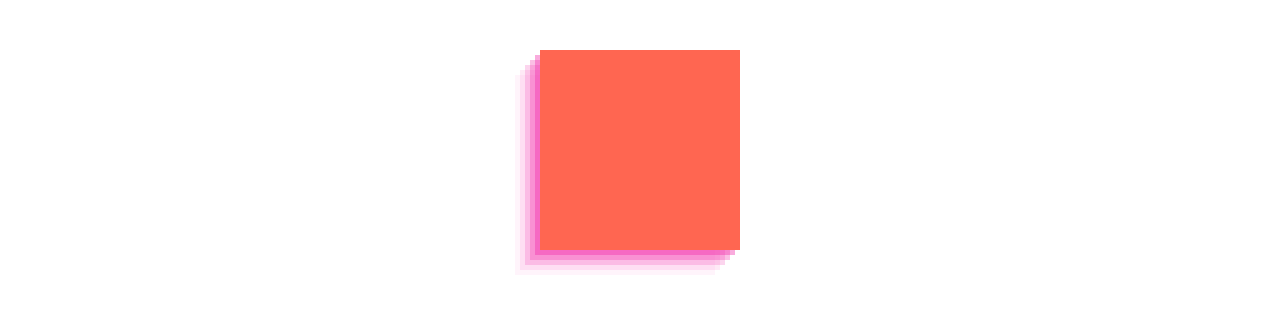
Repository: DQNam2202/HTML_CSS_Basic
Page: Chuong-03/index.html
The author's editor kept a copy of each file at every save. The page is drawn from the files as they stood at one save, then again after the next save.
The browser window is 1280 px wide. The pictures show the whole page.

Above is the page before, as saved 2021-09-03 19:15:13.

### Chuong-03/index.html
<!DOCTYPE html>
<html lang="en">
  <head>
    <meta charset="UTF-8" />
    <meta http-equiv="X-UA-Compatible" content="IE=edge" />
    <meta name="viewport" content="width=device-width, initial-scale=1.0" />
    <title>CSS-Part2</title>
    <script
      type="module"
      src="https://unpkg.com/ionicons@5.5.2/dist/ionicons/ionicons.esm.js"
    ></script>
    <script
      nomodule
      src="https://unpkg.com/ionicons@5.5.2/dist/ionicons/ionicons.js"
    ></script>
    <link
      href="https://fonts.googleapis.com/css2?family=Poppins:wght@300;400;500;600;700&display=swap"
      rel="stylesheet"
    />
    <link rel="stylesheet" href="./reset.css" />
    <link rel="stylesheet" href="./style.css" />
  </head>
  <body>
    <!-- <img src="https://source.unsplash.com/random" alt="" class="images" /> -->
    <!-- <div class="box-gradient"></div> -->
    <!-- <div class="background"></div> -->
    <!-- <div class="box"></div> -->
    <!-- <div class="title">Dương Quốc Nam</div> -->
    <div class="box-shadow"></div>
  </body>
</html>

### Chuong-03/style.css
html {
  box-sizing: border-box;
  font-size: 62.5%
}

* {
  margin: 0;
  padding: 0;
}

*,
*:before,
*:after {
  box-sizing: border-box;
}

input,
textarea,
select,
button {
  outline: none;
}

input {
  line-height: normal;
}

label,
button {
  cursor: pointer;
}

a {
  text-decoration: none;
}

img {
  display: block;
  max-width: 100%;
}

/* .images {
  width: 100%;
  height: 100vh;
  object-fit: cover;
} */

/* Hình nền với linear-gradient và chữ với linear-gradient */
/* .box-gradient {
  width: 20rem;
  height: 20rem;
  background-image: linear-gradient(to left top, #3D6EF7, #FF6651);
} */

.title {
  margin-top: 2rem;
  margin-left: 2rem;
  font-size: 7.2rem;
  font-weight: normal;
  display: inline-block;
  /* Khi trình duyệt không hỗ trợ thuộc tính  -webkit-background-clip: text;*/
  /* color: #3D6EF7; */
}


/* Khi trình duyệt hỗ trợ thuộc tính thì ta sử dụng @support */
@supports (-webkit-background-clip: text) {
  .title {
    color: transparent;
    background-clip: text;
    -webkit-background-clip: text;
    background-image: linear-gradient(90deg, rgba(131, 58, 180, 1) 0%, rgba(253, 29, 29, 1) 50%, rgba(252, 176, 69, 1) 100%);
  }
}

/* Khi trình duyệt không hỗ trợ thì thêm @support not và thay đổi thuộc tính mà mình muốn lại ở trên className gốc*/
/* @supports not (-webkit-background-clip: text) {
  .title {
    color: transparent;
    background-clip: text;
    -webkit-background-clip: text;
    background-image: linear-gradient(90deg, rgba(131, 58, 180, 1) 0%, rgba(253, 29, 29, 1) 50%, rgba(252, 176, 69, 1) 100%);
  }
} */

/* Hiển thị 2 hình nèn vởi linear-gradient */
.background {
  width: 100vw;
  height: 100vh;
  background-image: linear-gradient(to right, rgba(33, 147, 176, 0.5), rgba(109, 213, 237, 0.63)),
    url("./images/poster_1.jpg");
  background-position: center center;
  background-repeat: no-repeat;
  object-fit: cover;
  background-size: cover;
}

/* Opacity:0, visibility: hidden, display:none */
/*
  + Opacity có giá trị chạy từ 0 đến 1 -> vẫn chiếm diện tích có thế nhấn vào được
  +visibility: hidden ->vẫn chiếm diện tích nhưng không thể nhấn vào được
  =>Opacity và visibility: thường được sử dụng để làm hiệu ứng vì chùng sử dụng được transition
  + display: không chiếm diện tích và cũng không nhấn vào được, ít sử dụng vì không hỗ trợ thuộc tính transition
  */
/* .box {
  width: 20rem;
  height: 20rem;
  background-image: linear-gradient(to left top, #3D6EF7, #FF6651);
  cursor: pointer;
  opacity: 0;
  visibility: hidden;
  display: none;
} */
.box-shadow {
  width: 20rem;
  height: 20rem;
  background-color: #FF6651;
  margin: 5rem auto;
  box-shadow: rgba(240, 46, 170, 0.4) -5px 5px,
    rgba(240, 46, 170, 0.3) -10px 10px,
    rgba(240, 46, 170, 0.2) -15px 15px,
    rgba(240, 46, 170, 0.1) -20px 20px,
    rgba(240, 46, 170, 0.05) -25px 25px;
}

Loaded but not shown: Chuong-03/reset.css (common file)

After the next save:
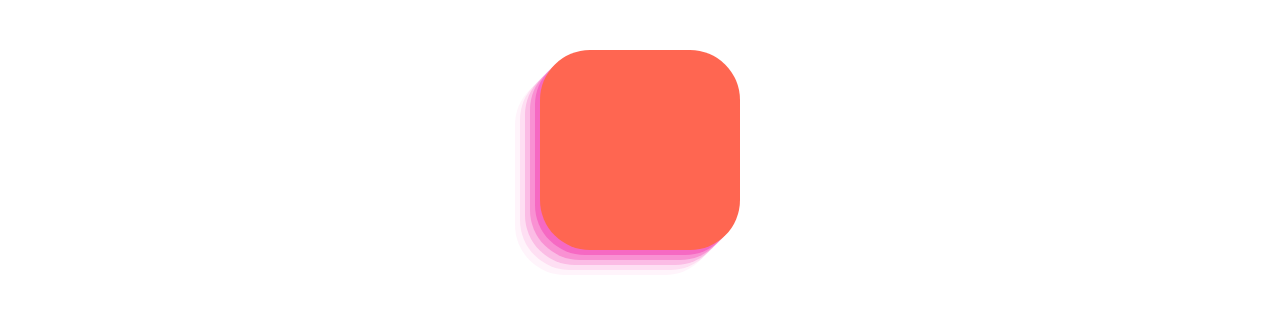
Saved 31 s later.
--- a/Chuong-03/style.css
+++ b/Chuong-03/style.css
@@ -116,6 +116,7 @@
   height: 20rem;
   background-color: #FF6651;
   margin: 5rem auto;
+  border-radius: 5rem;
   box-shadow: rgba(240, 46, 170, 0.4) -5px 5px,
     rgba(240, 46, 170, 0.3) -10px 10px,
     rgba(240, 46, 170, 0.2) -15px 15px,
